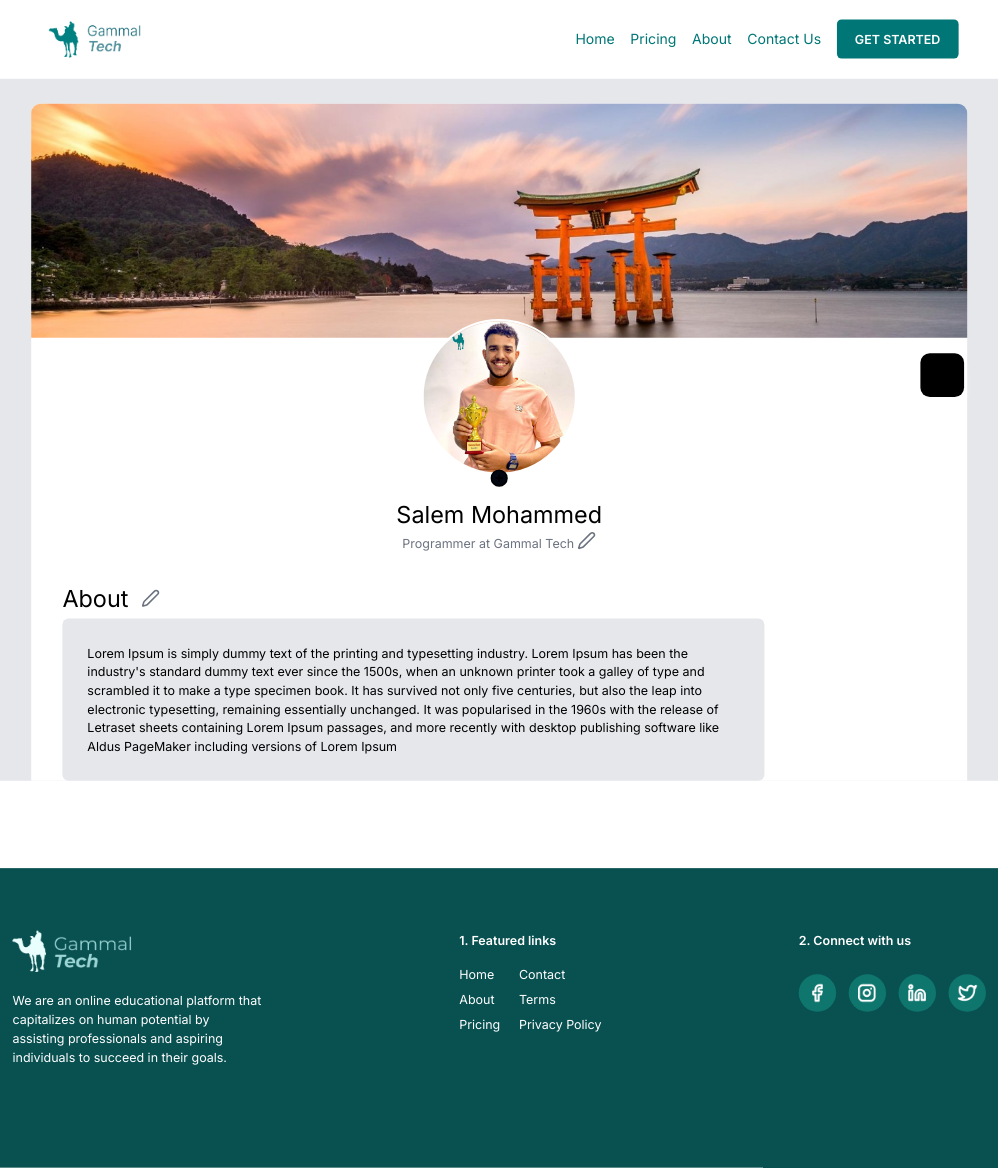
Repository: Ahmed77669/Internship-test
Page: /profile
The author's editor kept a copy of each file at every save. The page is drawn from the files as they stood at one save, then again after the next save.
The browser window is 1280 px wide. The pictures show the whole page, at 78% of full size.
The page's requests for data from a server got no answer. The project was rebuilt for these pictures with package versions that can differ from the ones it lists, and the page was loaded fresh each time. The framework's server and built-in components were replaced by stand-ins that run in the browser. No one was signed in, and anything a server would have sent is missing. Also part of the build but not shown: next.config.mjs, components/Header/NavBarAuth.tsx.

Above is the page before, as saved 2024-10-25 14:26:32.

### app/layout.tsx
import type { Metadata } from "next";
import localFont from "next/font/local";
import "@/app/styles/globals.css";
import NavBarHome from "@/components/Header/Navbar";
import NavBarAuth from "@/components/Header/NavBarAuth";
import { Inter } from "next/font/google";
import Footer from "@/components/Footer/Footer";
import { cookies } from "next/headers";

const inter = Inter({
  subsets: ["latin"],
});
const geistSans = localFont({
  src: "./fonts/GeistVF.woff",
  variable: "--font-geist-sans",
  weight: "100 900",
});
const geistMono = localFont({
  src: "./fonts/GeistMonoVF.woff",
  variable: "--font-geist-mono",
  weight: "100 900",
});

export const metadata: Metadata = {
  title: "Gammal Tech Exam",
  description: "Generated by create next app",
};

export default function RootLayout({
  children,
}: Readonly<{
  children: React.ReactNode;
}>) {
  const cookieStore = cookies();
  const isAuthenticated = cookieStore.get("isAuthenticated")?.value === "true";
  return (
    <html lang="en">
      <body
        className={`${geistSans.variable} ${geistMono.variable} antialiased ${inter.className}`}
      >
        {isAuthenticated ? <NavBarAuth /> : <NavBarHome />}
        {children}
        <Footer />
      </body>
    </html>
  );
}

### app/profile/page.tsx
import React from 'react'
import Profile from '@/components/Profile/Profile'
const profile = () => {
  return (
    <Profile />
  )
}

export default profile

### app/styles/globals.css
@tailwind base;
@tailwind components;
@tailwind utilities;

:root {
  --background: #ffffff;
  /* --foreground: #171717; */
}

@media (prefers-color-scheme: dark) {
  :root {
    /* --background: #0a0a0a; */
    --foreground: #ededed;
  }
}

body {
  color: var(--foreground);
  background: var(--background);
  font-family: Arial, Helvetica, sans-serif;
}

@layer utilities {
  .text-balance {
    text-wrap: balance;
  }
}

### components/Header/Navbar.tsx
"use client";
import React, { useEffect, useState } from "react";
import GT_logo from "@/public/gammalTech-logos/Component 6.png";
import Link from "next/link";
import Image from "next/image";
import { Menu } from "lucide-react";
import { X } from "lucide-react";

export default function NavBarHome() {
  const [isOpen, setIsOpen] = useState(false);

  const toggleMenu = () => {
    setIsOpen((prev) => !prev);
  };

  useEffect(() => {
    const handleResize = () => {
      if (window.innerWidth > 1024) {
        setIsOpen(false);
      }
    };

    window.addEventListener("resize", handleResize);
    return () => {
      window.removeEventListener("resize", handleResize);
    };
  }, []);

  return (
    <div className={`py-5 container mx-auto w-[92%]`}>
      <nav className="relative">
        <ul className="flex justify-between items-center">
          <li className="min-w-[152px]">
            <Link href="/">
              <Image
                src={GT_logo}
                alt="Gammal Tech Logo"
                width={130}
                className="cursor-pointer"
              />
            </Link>
          </li>
          <div className="hidden md:flex space-x-5">
            <Link
              href="/"
              className="text-[#007676] text-[18px] font-normal flex items-center"
            >
              Home
            </Link>
            <Link
              href="/pricing"
              className="text-[#007676] text-[18px] font-normal flex items-center"
            >
              Pricing
            </Link>
            <Link
              href="https://www.gammal.tech/"
              className="text-[#007676] text-[18px] font-normal flex items-center"
            >
              About
            </Link>
            <Link
              href="#"
              className="text-[#007676] text-[18px] font-normal flex items-center"
            >
              Contact Us
            </Link>
            <Link href="/signup">
              <button className="bg-[#007676] text-white rounded-md w-[156px] h-[50px] text-[16px] font-semibold  py-1 px-3 transition-all duration-300 ease-in-out hover:bg-[#005555] hover:shadow-lg">
                GET STARTED
              </button>
            </Link>
          </div>
          <div className="md:hidden flex items-center">
            <button
              onClick={toggleMenu}
              className="text-[#007676] focus:outline-none"
            >
              {isOpen ? (
                <X size={40} color="#007676" strokeWidth={2} />
              ) : (
                <Menu size={40} color="#007676" strokeWidth={2} />
              )}
            </button>
          </div>
        </ul>

        {isOpen && (
          <div className="absolute right-0 mt-2 w-full bg-white shadow-lg rounded-lg z-20 transition-transform transform origin-top-right scale-100">
            <div className="flex flex-col items-center justify-center mx-auto p-4">
              <Link
                href="/"
                className="text-[#007676] text-lg font-semibold hover:bg-[#f0f0f0] transition duration-200 p-3 rounded-lg text-center w-full"
                onClick={() => setIsOpen(false)}
              >
                Home
              </Link>
              <Link
                href="/pricing"
                className="text-[#007676] text-lg font-semibold hover:bg-[#f0f0f0] transition duration-200 p-3 rounded-lg text-center w-full"
                onClick={() => setIsOpen(false)}
              >
                Pricing
              </Link>
              <Link
                href="/about"
                className="text-[#007676] text-lg font-semibold hover:bg-[#f0f0f0] transition duration-200 p-3 rounded-lg text-center w-full"
                onClick={() => setIsOpen(false)}
              >
                About Us
              </Link>

              <button
                className="mt-4 bg-[#007676] text-white text-lg font-semibold py-2 px-6 rounded-lg hover:bg-[#005c5c] transition duration-200"
                onClick={() => setIsOpen(false)}
              >
                GET STARTED
              </button>
            </div>
          </div>
        )}
      </nav>
    </div>
  );
}

### components/Footer/Footer.tsx
import React from "react";
import Image from "next/image";
import footerLogo from "@/public/gammalTech-logos/footer-logo.png";
import Link from "next/link";
import linkdin from "@/public/socialmediaIcons/linkdin.png";
import facebook from "@/public/socialmediaIcons/Facebook.png";
import instagram from "@/public/socialmediaIcons/Instagram.png";
import twitter from "@/public/socialmediaIcons/Twitter.png";

const Footer = () => {
  return (
    <section className="bg-[#095051] py-20 min-h-96 h-auto">
      <div className="container mx-auto px-4 ">
        <div className="flex justify-between flex-wrap ">
          <div className="mb-10">
            <div className="mb-6">
              <Image src={footerLogo} alt="Gammal Tech Logo" width={152} />
            </div>
            <div className="text-white w-80">
              We are an online educational platform that capitalizes on human
              potential by assisting professionals and aspiring individuals to
              succeed in their goals.
            </div>
          </div>

          <div className="text-white flex flex-col mb-10">
  <p className="font-semibold mb-5">1. Featured links</p>
  <div className="flex justify-between">
    {/* First column of links */}
    <div className="flex flex-col space-y-2 mr-6">
      <Link href="/">Home</Link>
      <Link href="https://www.gammal.tech/">About</Link>
      <Link href="/pricing">Pricing</Link>
    </div>

    {/* Second column of links */}
    <div className="flex flex-col space-y-2">
      <Link href="#">Contact</Link>
      <Link href="#">Terms</Link>
      <Link href="#">Privacy Policy</Link>
    </div>
  </div>
</div>


          <div>
            <p className="text-white font-semibold mb-8">2. Connect with us</p>
            <div className="flex space-x-4">
              <Link
                href="https://www.facebook.com/gammal.tech/?locale=ar_AR"
                passHref
                target="_blank"
              >
                <div className="w-12 h-12 bg-teal-700 rounded-full flex items-center justify-center cursor-pointer">
                  <Image src={facebook} alt="Facebook Logo" />
                </div>
              </Link>
              <Link
                href="https://www.instagram.com/gammal.tech/?hl=ar"
                passHref
                target="_blank"
              >
                <div className="w-12 h-12 bg-teal-700 rounded-full flex items-center justify-center cursor-pointer">
                  <Image src={instagram} alt="Instagram Logo" />
                </div>
              </Link>
              <Link
                href="https://www.linkedin.com/company/gammal-tech/"
                passHref
                target="_blank"
              >
                <div className="w-12 h-12 bg-teal-700 rounded-full flex items-center justify-center cursor-pointer">
                  <Image src={linkdin} alt="LinkedIn Logo" />
                </div>
              </Link>
              <Link
                href="https://x.com/gammaltech?lang=ar"
                passHref
                target="_blank"
              >
                <div className="w-12 h-12 bg-teal-700 rounded-full flex items-center justify-center cursor-pointer">
                  <Image src={twitter} alt="Twitter Logo" />
                </div>
              </Link>
            </div>
          </div>
        </div>
      </div>
    </section>
  );
};

export default Footer;

### components/Profile/Profile.tsx
import React from "react";
import Image from "next/image";
import selectedImage from "@/public/coders photos/coder2.jpg";
import popoo from "@/public/popoo.jpg"
import { Pen , PlusCircle} from "lucide-react";

const Profile = () => {
  return (
    <section className="bg-gray-200 mb-28 ">
      <div className="flex justify-center container mx-auto">
        <div className="w-[1200px]  bg-white rounded-t-xl mt-8">
        <div className="w-full h-[300px] mb-5 rounded-t-xl" style={{
  backgroundImage: "url('/popoo.jpg')",
  backgroundSize: "cover",
  backgroundPosition: "center",
  backgroundRepeat: "no-repeat",
}}></div>
<div className="bg-black w-14 h-14 shadow-white shadow-lg items-center flex justify-center rounded-xl relative inset-x-[95%]">
  <Pen />
</div>

<div className="flex flex-col items-center -mt-[100px] mb-10">
  <Image
    src={selectedImage}
    alt="Profile Avatar"
    width={200}
    height={200}
    style={{
      width: "200px",
      height: "200px",
      borderRadius: "300px",
      objectFit: "cover",
      border: "3px white solid"
    }}
  />
<PlusCircle className="relative -inset-y-2 fill-gray-950"/>
  <p className="text-black text-3xl mt-2">Salem Mohammed</p>
  <div className="flex">
  <p className="text-gray-500 text-[16px] mt-2 mr-1">Programmer at Gammal Tech</p>
    <Pen className="text-lg mt-1 text-gray-500" />
  </div>
</div>
<div className="flex">
<div className="text-black text-3xl ml-10 mr-4 mb-2">
  About
</div>
<Pen className="text-lg mt-[6px]  text-gray-500 " />
</div>
<div className="bg-gray-200 p-8 rounded-lg w-3/4 ml-10">
  <p className="text-black">
Lorem Ipsum is simply dummy text of the printing and typesetting industry. Lorem Ipsum has been the industry's standard dummy text ever since the 1500s, when an unknown printer took a galley of type and scrambled it to make a type specimen book. It has survived not only five centuries, but also the leap into electronic typesetting, remaining essentially unchanged. It was popularised in the 1960s with the release of Letraset sheets containing Lorem Ipsum passages, and more recently with desktop publishing software like Aldus PageMaker including versions of Lorem Ipsum
</p>
</div>

        </div>
      </div>
    </section>
  );
};

export default Profile;

### tailwind.config.js
/** @type {import('tailwindcss').Config} */
module.exports = {
  content: [
    './components/**/*.{js,ts,jsx,tsx}',
    './app/**/*.{js,ts,jsx,tsx}',
    './middleware.ts'
  ],
  theme: {
    extend: {},
  },
  plugins: [],
}

After the next save:
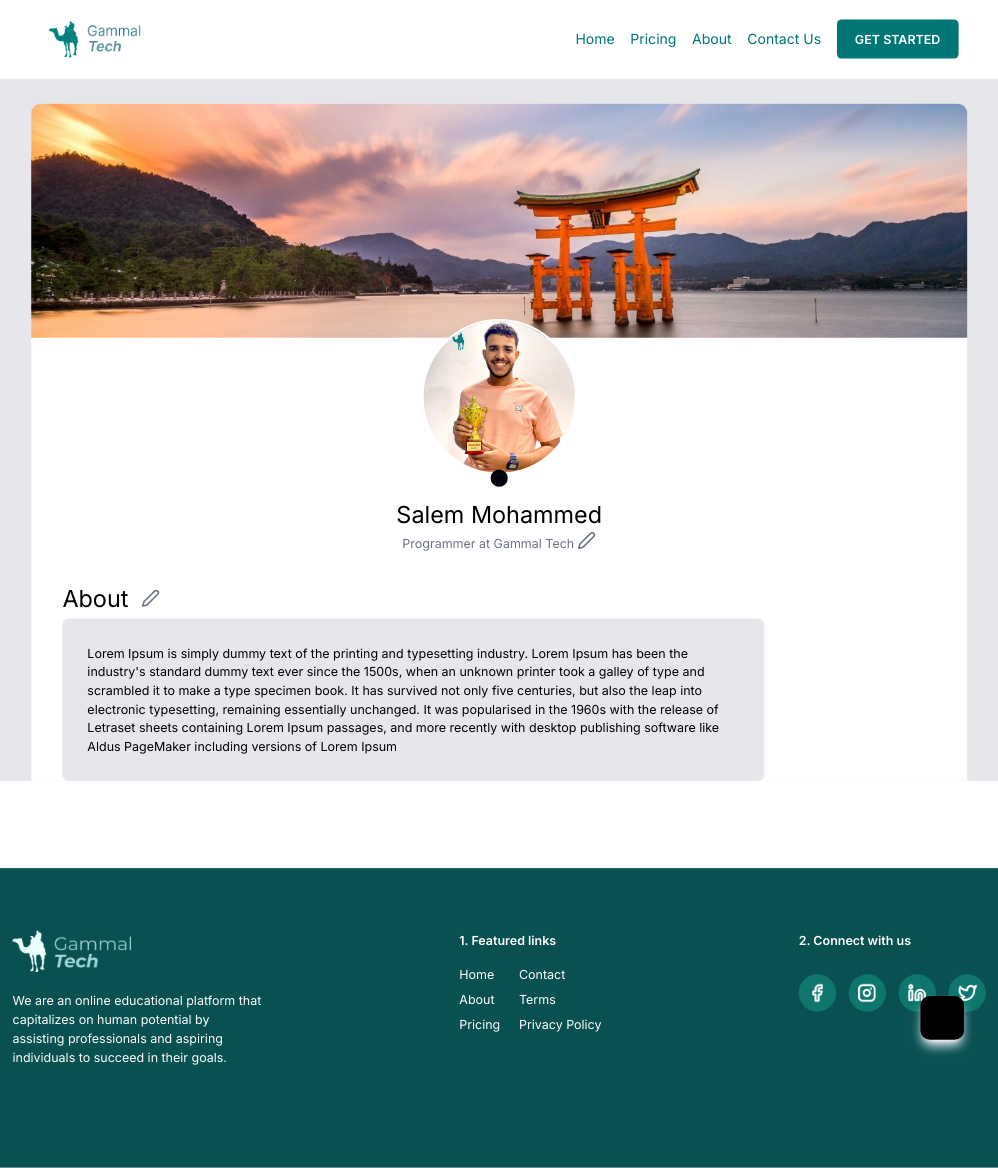
Saved 22 s later.
--- a/components/Profile/Profile.tsx
+++ b/components/Profile/Profile.tsx
@@ -15,7 +15,7 @@ const Profile = () => {
   backgroundPosition: "center",
   backgroundRepeat: "no-repeat",
 }}></div>
-<div className="bg-black w-14 h-14 shadow-white shadow-lg items-center flex justify-center rounded-xl relative inset-x-[95%]">
+<div className="bg-black w-14 h-14 shadow-white shadow-lg items-center flex justify-center rounded-xl relative inset-x-[95%] inset-y-[95%]">
   <Pen />
 </div>
 
